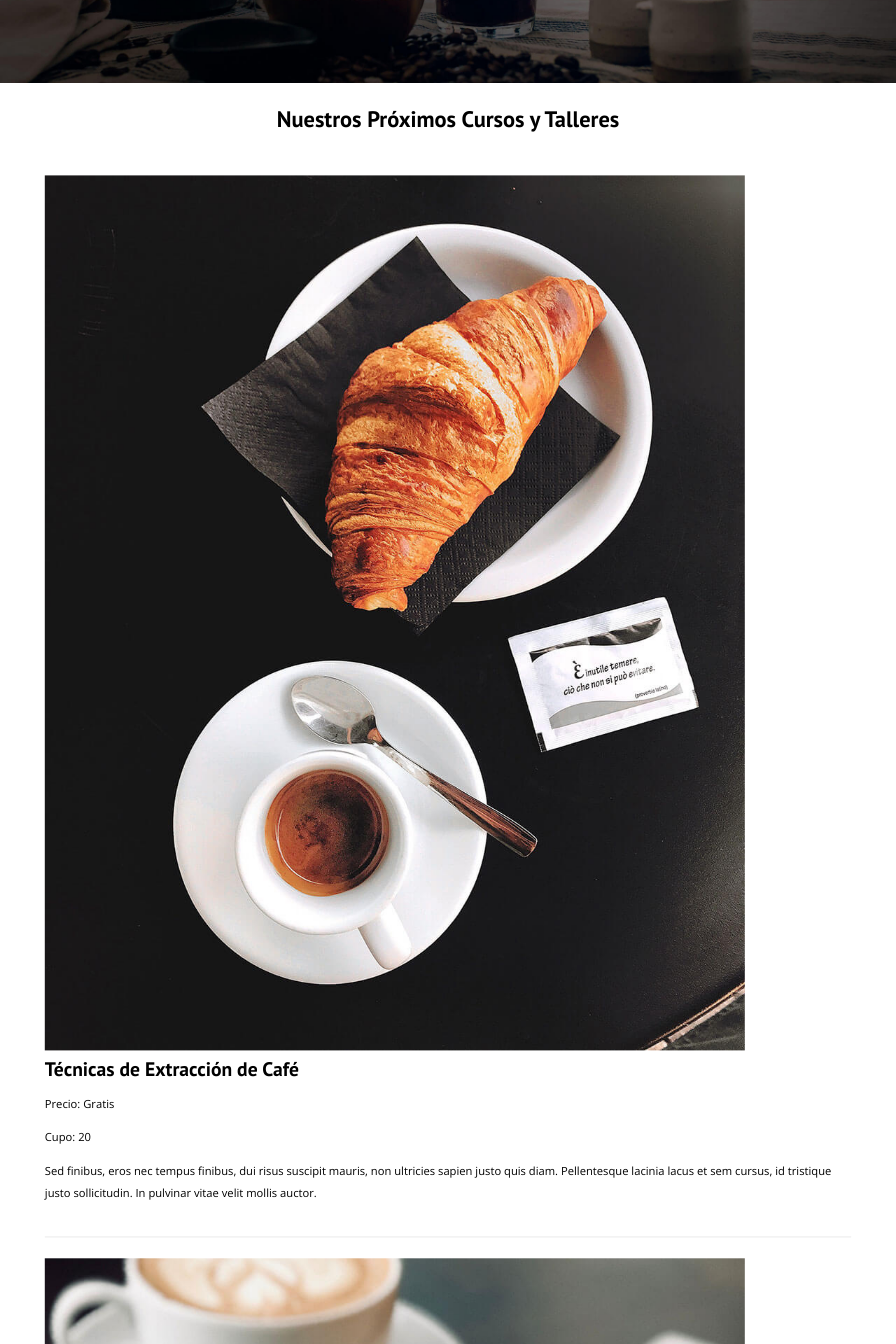
Repository: araque1990/blog_de_cafe
Page: cursos.html
The author's editor kept a copy of each file at every save. The page is drawn from the files as they stood at one save, then again after the next save.
The browser window is 1280 px wide. The pictures show the part of the page from y = 482 to 2402 px (the page is 5509 px tall before and 2497 px after), at 70% of full size.

Above is the page before, as saved 2023-01-12 18:35:40.

After the next save:
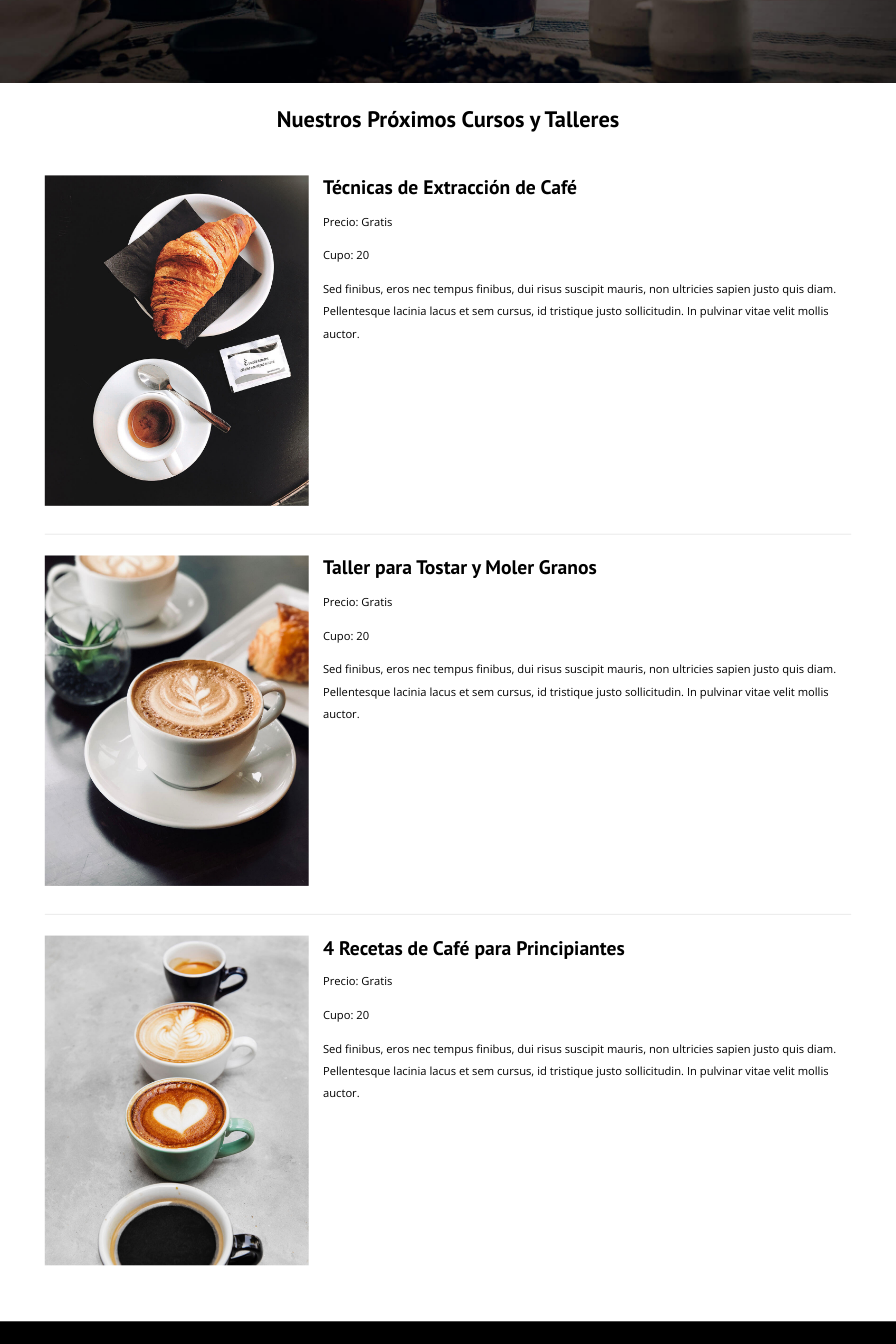
Saved 102 s later.
--- a/css/styles.css
+++ b/css/styles.css
@@ -195,6 +195,13 @@ img {
   padding: 3rem 0;
   border-bottom: 1px solid var(--gris);
 }
+@media (min-width: 768px) {
+  .curso{
+    display: grid;
+    grid-template-columns: 1fr 2fr;
+    column-gap: 2rem;
+  }
+}
 .curso:last-of-type {
   border: none;
 }
